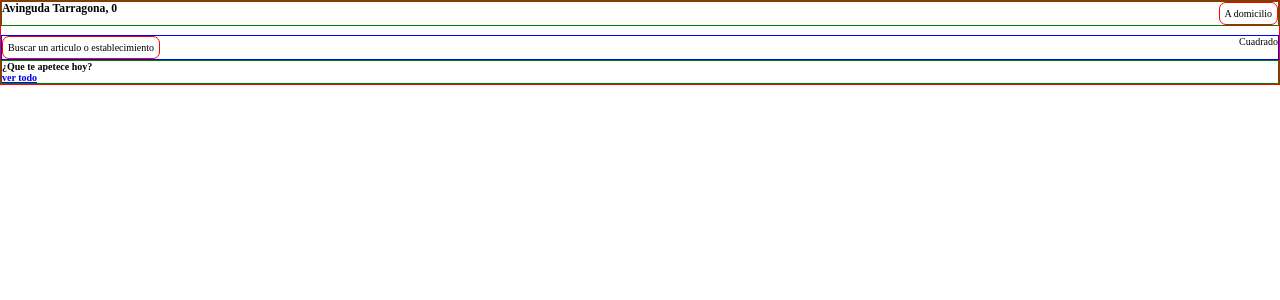
Repository: Srpinedaa/justEat
Page: index.html
The author's editor kept a copy of each file at every save. The page is drawn from the files as they stood at one save, then again after the next save.
The browser window is 1280 px wide. The pictures show the whole page.

Above is the page before, as saved 2024-09-26 15:32:28.

### index.html
<!DOCTYPE html>
<html lang="en">

<head>
    <meta charset="UTF-8">
    <meta name="viewport" content="width=, initial-scale=1.0">
    <title>Just Eat</title>
    <link rel="stylesheet" href="css/estilos.css">
</head>

<body>
    <div id="all">
        <header>
            <div id="navDireccion">
                <h3 class = "direccion">Avinguda Tarragona, 0</h3>
                <div class= "formaPedido">A domicilio</div>
            </div>

            <div id="navBuscador">
                <div class="buscador">Buscar un articulo o establecimiento</div>
                <div class = "opciones">Cuadrado</div>
            </div>
        </header>
        <main>
            <div id = "contenido">
                <div id="bloque1">
                    <div class="bloque1Sesion1">
                        <h4>¿Que te apetece hoy?</h4>
                        <h4><a href="#">ver todo</a></h4>
                    </div>
                    <div class="bloque1Sesion2">
                        <div class="fotoComida"></div>
                        <div class="fotoComida"></div>
                        <div class="fotoComida"></div>
                        <div class="fotoComida"></div>
                    </div>
                </div>
            </div>
        </main>
        <footer></footer>
    </div>
</body>

</html>

### css/estilos.css
*{
    margin: 0;
    padding: 0;
    box-sizing: border-box;
}

html{
    font-size: 62.5%;
}

#all{
    border: 1px solid red;
}

#navDireccion{
    border: 1px solid green;
    display: flex;
    justify-content: space-between;
    margin-bottom: 9px;
}

.formaPedido{
    border: 1px solid red;
    border-radius: 7px;
    padding: 5px;
}

#navBuscador{
    border: 1px solid blue;
    display: flex;
    justify-content: space-between;
}

.buscador{
    border: 1px solid red;
    border-radius: 7px;
    padding: 5px;
}

#contenido{
    border: 1px solid green;
}

After the next save:
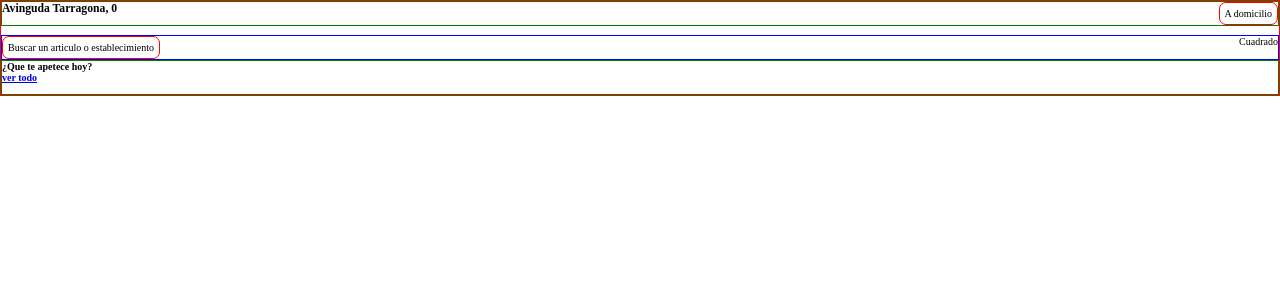
Saved 16 s later.
--- a/index.html
+++ b/index.html
@@ -29,10 +29,7 @@
                         <h4><a href="#">ver todo</a></h4>
                     </div>
                     <div class="bloque1Sesion2">
-                        <div class="fotoComida"></div>
-                        <div class="fotoComida"></div>
-                        <div class="fotoComida"></div>
-                        <div class="fotoComida"></div>
+                        <div class="fotoComida"> <img src="" alt=""></div>
                     </div>
                 </div>
             </div>
